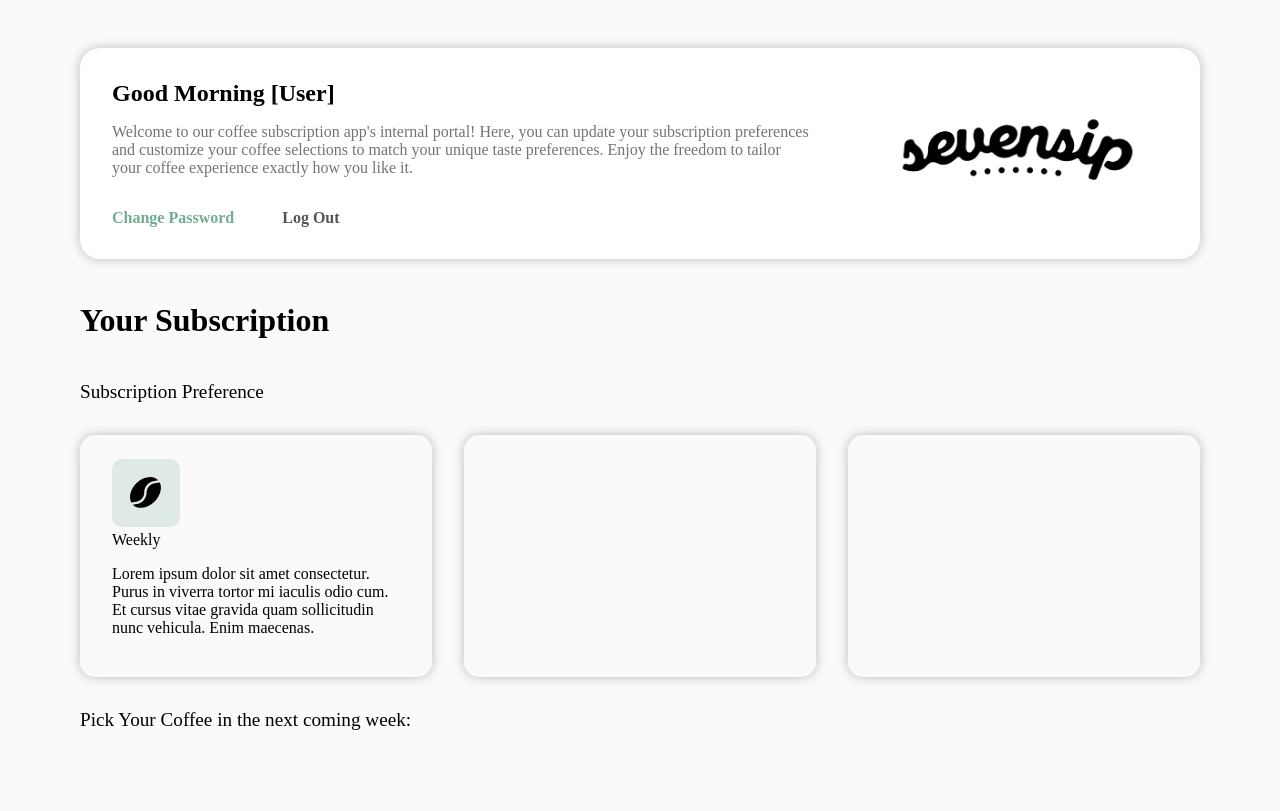
Repository: Haydenleung/COMP-4170-Final-Project
Page: http://localhost/main
These files come from the project's save history. The page is drawn as it stood at one moment and after the next save; the edit follows.
The browser window is 1280 px wide. The pictures show the whole page.
The page is served by the project's Node server (app.js).

Above is the page before, as saved 2024-03-22 18:08:26.

### views/main.ejs
<%- include('partials/header') %>


    <div class="main-container">
        <div class="main-subcontainer">
            <div class="main-welcome">
                <div class="main-greeting">
                    <h3>Good Morning [User]</h3>
                    <p>Welcome to our coffee subscription app's internal portal! Here, you can update your subscription
                        preferences and customize your coffee selections to match your unique taste preferences. Enjoy
                        the freedom to tailor your coffee experience exactly how you like it.</p>
                </div>
                <div class="main-feature">
                    <a href="/edit" class="mainbtn chnpassword">Change Password</a>
                    <a href="/" class="mainbtn logout">Log Out</a>
                </div>
            </div>
            <div class="main-logo-container">
                <img class="main-logo" src="/images/logo.png" alt="company logo" />
            </div>
        </div>
        <div class="main-content">
            <h4>Your Subscription</h4>
            <div class="subscribe-section">
                <h5>Subscription Preference</h5>
                <div class="subscribe-container">
                    <div class="sub-option">
                        <img class="tick" src="/images/week.svg" alt="icon" />
                        <img class="sub-icon" />
                        <div class="sub-title">Weekly</div>
                        <p class="sub-body">Lorem ipsum dolor sit amet consectetur. Purus in viverra tortor mi iaculis
                            odio cum. Et
                            cursus vitae gravida quam sollicitudin nunc vehicula. Enim maecenas.</p>
                    </div>
                    <div class="sub-option"></div>
                    <div class="sub-option"></div>
                </div>
            </div>
            <div class="coffee-section">
                <h5>Pick Your Coffee in the next coming week:</h5>
                <div></div>
            </div>
        </div>
    </div>

    <%- include('partials/footer') %>

### views/partials/header.ejs
<!DOCTYPE html>
<html lang="en">

<head>
    <meta charset="UTF-8" />
    <meta http-equiv="X-UA-Compatible" content="IE=edge" />
    <meta name="viewport" content="width=device-width, initial-scale=1.0" />
    <link rel="stylesheet" href="styles/main.css" />
    <title>Subscriber Portal</title>
</head>

<body>
    <main>

### app.js
import express from "express";
import pg from "pg";

const app = express();
const port = 3000;

app.set('view engine', 'ejs');

app.use(express.urlencoded({ extended: true }));
app.use(express.static("public"));

app.get("/", (req, res) => {
    res.render("index.ejs");
});

app.get("/register", (req, res) => {
    res.render("register.ejs");
});

app.get("/main", (req, res) => {
    res.render("main.ejs");
});

app.listen(port, () => {
    console.log(`Server running on port ${port}`);
});

### public/styles/main.css
* {
    box-sizing: border-box;
    font-family: "Montserrat";
}

html {
    background-color: #FAFAFA;
    height: 100vh;
    padding: 0;
    margin: 0;
}

body {
    display: flex;
    flex-direction: column;
    padding: 0;
    margin: 0;
    height: 100%;
}

main {
    display: flex;
    flex-grow: 1;
}

.home {
    display: flex;
    flex-direction: row;
    height: 100%;
    width: 100%;
}

.photo {
    object-fit: cover;
    width: 100%;
    height: 100%;
    border-radius: 0 20px 20px 0;
}

.home-photo {
    height: 100%;
    flex-grow: 1;
    overflow: hidden;
}

.home-login {
    min-width: 40rem;
    display: flex;
    flex-direction: column;
    justify-content: center;
    align-items: center;
}

.login-container {
    width: 100%;
    height: 100%;
    display: flex;
    flex-direction: column;
    justify-content: center;
    align-items: center;
    padding: 1rem 8rem;
}

.logo {
    width: 10rem;
    margin-bottom: 4rem;
}

.form-container {
    display: flex;
    flex-direction: column;
    align-items: center;
    /* background-color: grey; */
    width: 100%;
    margin-bottom: 1.5rem;
}

h3 {
    font-size: 1.5em;
}

.form-title {
    text-align: center;
    margin-bottom: 3rem;
}

.form-main {
    width: 100%;
    display: flex;
    flex-direction: column;
    align-items: center;
    gap: 1.5rem;
}

.login-form {
    width: 100%;
}

.login-button {
    width: 100%;
    display: flex;
    flex-direction: column;
    gap: 1.5rem;
    margin-top: 2rem;
}

.forminput {
    width: 100%;
    height: 3rem;
    background-color: transparent;
    border: none;
    border-bottom: 1px solid black;
    padding: 1rem;
    font-size: 1em;
}

.forminput:focus {
    outline: none;
}

.submitbtn,
.regbtn {
    width: 100%;
    height: 3rem;
    border-radius: 6px;
    border: none;
    font-size: 1em;
    font-weight: 600;
    color: white;
    cursor: pointer;
    text-decoration: none;
    display: flex;
    justify-content: center;
    align-items: center;
}

.submitbtn {
    background-color: #73AC92;
}

.regbtn {
    background-color: #969696
}

.regisblue {
    background-color: #3EA1DB;
}

/* Main */

.main-container {
    width: 100%;
    display: flex;
    flex-direction: column;
    align-items: center;
    padding: 3rem 5rem;
}

.main-subcontainer {
    width: 100%;
    background-color: white;
    border-radius: 15pt;
    box-shadow: 0 0 12px rgba(0, 0, 0, 0.25);
    display: flex;
    flex-direction: row;
    padding: 2rem;
    justify-content: center;
    align-items: center;
    gap: 5%;
}

.main-welcome {
    flex-grow: 1;
    display: flex;
    flex-direction: column;
    justify-content: center;
    width: 100%;
    height: 100%;
    gap: 1rem;
}


.main-greeting>p {
    color: #747474;
    font-weight: 500;
}

.mainbtn {
    text-decoration: none;
    font-weight: 600;
}

.mainbtn:hover {
    text-decoration: underline;
    text-underline-offset: 8px;
}

.chnpassword {
    color: #73AC92;
}

.logout {
    color: #545454;
}

.main-feature {
    display: flex;
    flex-direction: row;
    gap: 3rem;
}

.main-logo-container {
    padding: 2rem;
    width: 40%;
}

.main-logo {
    width: 100%;
}

.main-content {
    width: 100%;
}

.subscribe-section {
    width: 100%;
}

.subscribe-container {
    display: grid;
    grid-template-columns: 1fr 1fr 1fr;
    gap: 2rem;
}

.sub-option {
    min-height: 12rem;
    box-shadow: 0 0 12px rgba(0, 0, 0, 0.25);
    border-radius: 15px;
    padding: 1.5rem 2rem;
}

h3 {
    margin: 0;
}

h4 {
    font-size: 2em;
}

h5 {
    font-size: 1.2em;
    font-weight: 400;
}

### public/images/week.svg
<svg width="68" height="68" viewBox="0 0 68 68" fill="none" xmlns="http://www.w3.org/2000/svg">
<rect width="68" height="68" rx="10" fill="#73AC92" fill-opacity="0.2"/>
<path d="M24.2499 42.7501C26.4672 42.4209 28.4921 41.3054 29.9554 39.6073C31.4186 37.9092 32.2225 35.7416 32.2203 33.5001C32.2315 30.6863 33.2522 27.9699 35.0969 25.8452C36.9416 23.7204 39.4877 22.3283 42.272 21.9221L46.2649 21.3517C46.157 21.2284 46.0645 21.1051 45.9412 20.9817C40.9153 15.9559 31.2645 17.4667 24.3578 24.3426C18.5149 30.2626 16.5416 38.1251 19.2549 43.4592L24.2499 42.7501Z" fill="black"/>
<path d="M34.6256 33.5C34.6155 36.3133 33.5975 39.0298 31.7562 41.1568C29.9149 43.2838 27.3722 44.6804 24.5894 45.0933L20.7969 45.6329L21.0281 45.895C26.054 50.9208 35.7048 49.4254 42.6115 42.5496C48.4235 36.7529 50.4585 28.875 47.7606 23.6179L42.6115 24.3579C40.4084 24.678 38.3924 25.7754 36.9278 27.4521C35.4632 29.1287 34.6467 31.2739 34.6256 33.5Z" fill="black"/>
</svg>

Loaded but not shown: views/partials/footer.ejs (common file)

After the next save:
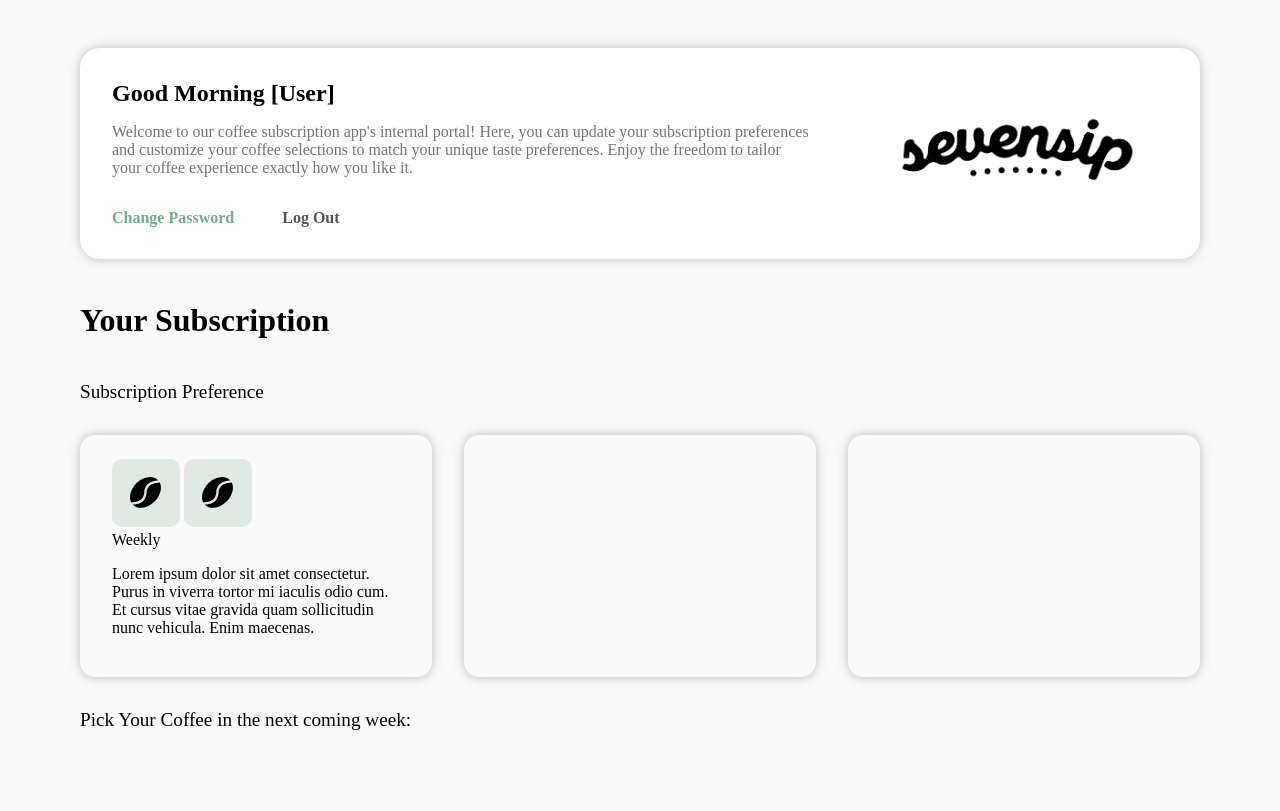
Saved 9 s later.
--- a/views/main.ejs
+++ b/views/main.ejs
@@ -26,7 +26,7 @@
                 <div class="subscribe-container">
                     <div class="sub-option">
                         <img class="tick" src="/images/week.svg" alt="icon" />
-                        <img class="sub-icon" />
+                        <img class="sub-icon" src="/images/week.svg" alt="icon" />
                         <div class="sub-title">Weekly</div>
                         <p class="sub-body">Lorem ipsum dolor sit amet consectetur. Purus in viverra tortor mi iaculis
                             odio cum. Et
